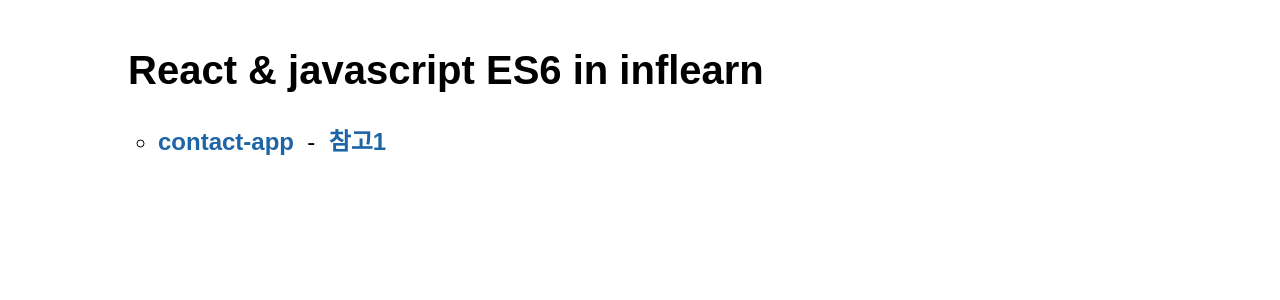
Repository: Hjinyyyy/react_beginner
Page: index.html
An editor plug-in stored every save of this project. The page is shown before and after the next save, followed by the edit.
The browser window is 1280 px wide. The pictures show the whole page.

Above is the page before, as saved 2021-10-26 15:55:03.

After the next save:
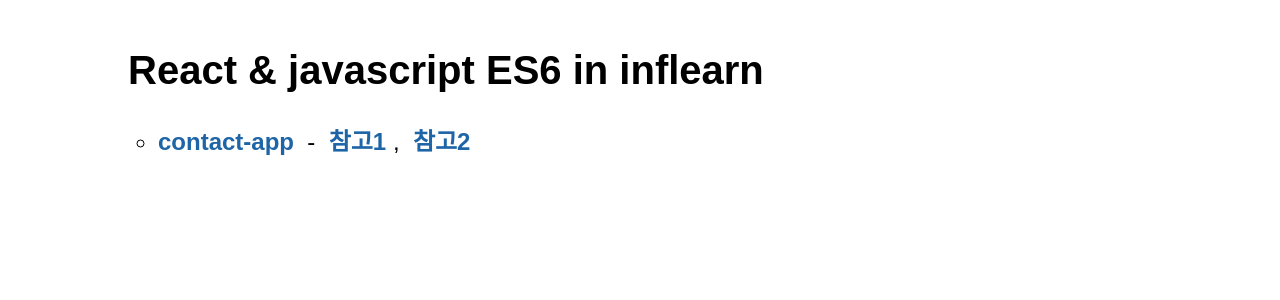
Saved 35 s later.
--- a/index.html
+++ b/index.html
@@ -36,6 +36,8 @@
             <a href="https://hjinyyyy.github.io/react_beginner/contact-app">contact-app</a>
             <span>&nbsp;-&nbsp;</span>
             <a href="https://react-anyone.vlpt.us/">참고1</a>
+            <span>,&nbsp;</span>
+            <a href="https://react-anyone.vlpt.us/">참고2</a>
         </li>
     </ul>
 </div>
